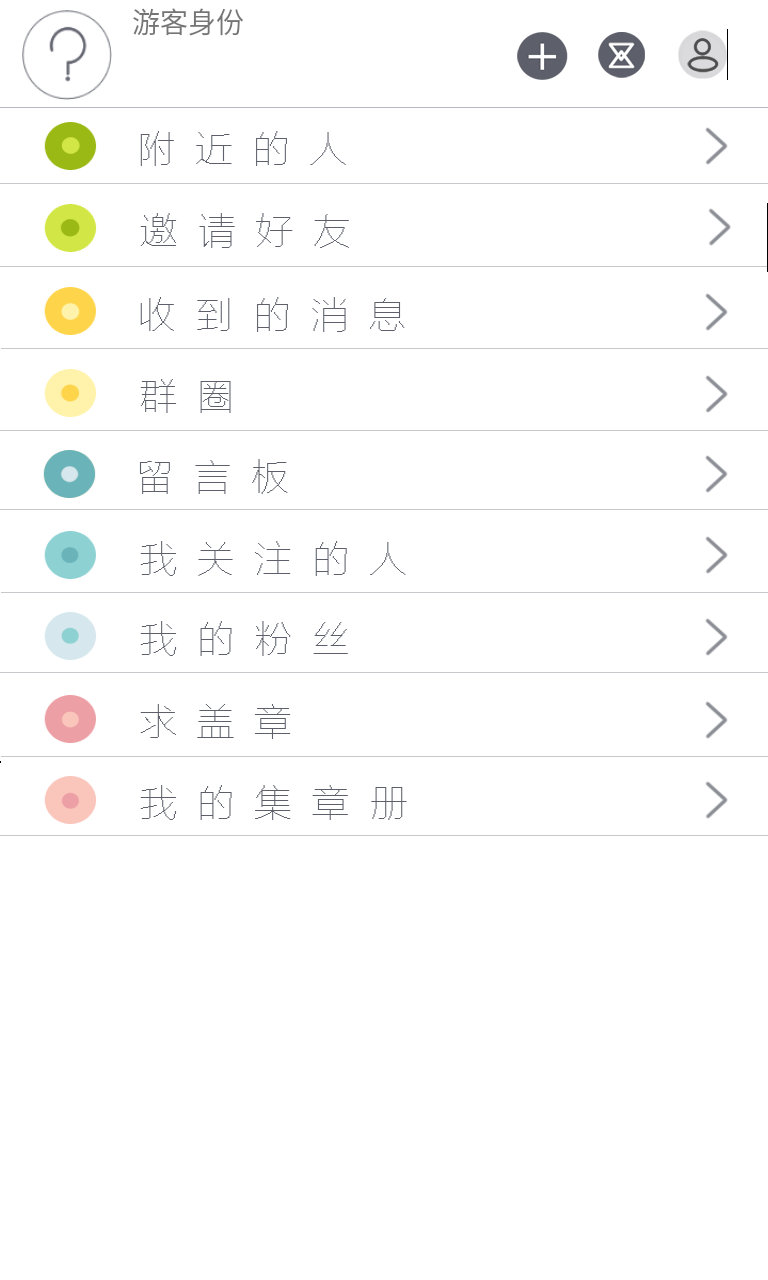
Repository: MinoyJet/Amoy
Layout: beta5/res/layout/sq.xml
An editor plug-in stored every save of this project. The layout is shown before and after the next save, followed by the edit.
It is drawn on a 768 x 1280 px phone screen (xhdpi) without system bars, with theme AppTheme; the app's code is not run.

Above is the layout before, as saved 2015-04-25 04:48:37.

After the next save:
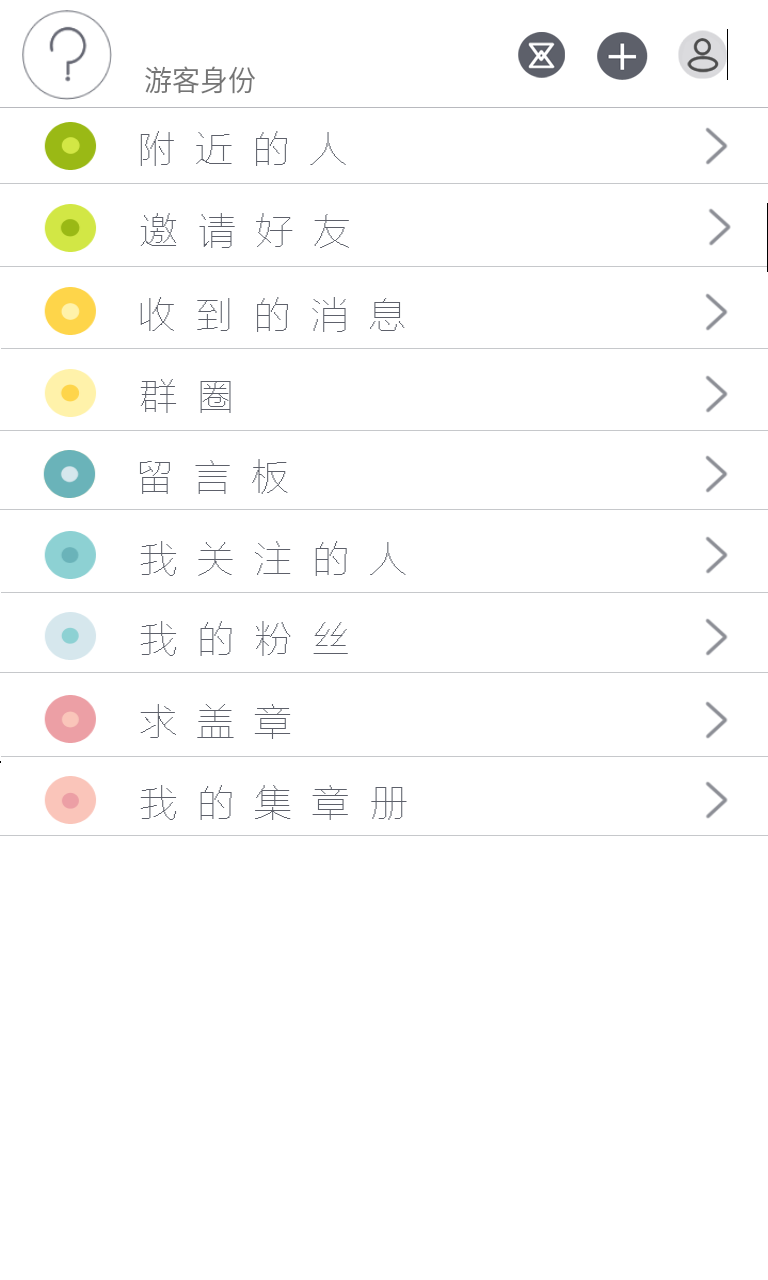
Saved 2 min 23 s later.
--- a/beta5/res/layout/sq.xml
+++ b/beta5/res/layout/sq.xml
@@ -19,14 +19,6 @@
             android:layout_alignParentBottom="true"
             android:layout_alignParentLeft="true"
             android:background="@drawable/xian" />
-
-        <TextView
-            android:id="@+id/textView1"
-            android:layout_width="wrap_content"
-            android:layout_height="wrap_content"
-            android:layout_marginLeft="10dp"
-            android:layout_toRightOf="@+id/imageView1"
-            android:text="游客身份" />
 
         <ImageView
             android:id="@+id/imageView1"
@@ -53,7 +45,7 @@
              android:layout_centerVertical="true"
 android:layout_alignParentRight="true"
 
-           android:layout_marginRight="60dp"
+           android:layout_marginRight="100dp"
 
             android:background="@drawable/tiezi" />
 
@@ -62,10 +54,19 @@ android:layout_alignParentRight="true"
             android:layout_width="wrap_content"
             android:layout_height="wrap_content"
                     android:layout_centerVertical="true"
-           android:layout_marginRight="100dp"
+           android:layout_marginRight="60dp"
 android:layout_alignParentRight="true"
 
             android:background="@drawable/fatie" />
+
+        <TextView
+            android:id="@+id/textView1"
+            android:layout_width="wrap_content"
+            android:layout_height="wrap_content"
+            android:layout_alignBottom="@+id/imageView1"
+            android:layout_marginLeft="16dp"
+            android:layout_toRightOf="@+id/imageView1"
+            android:text="游客身份" />
 
     </RelativeLayout>
 
